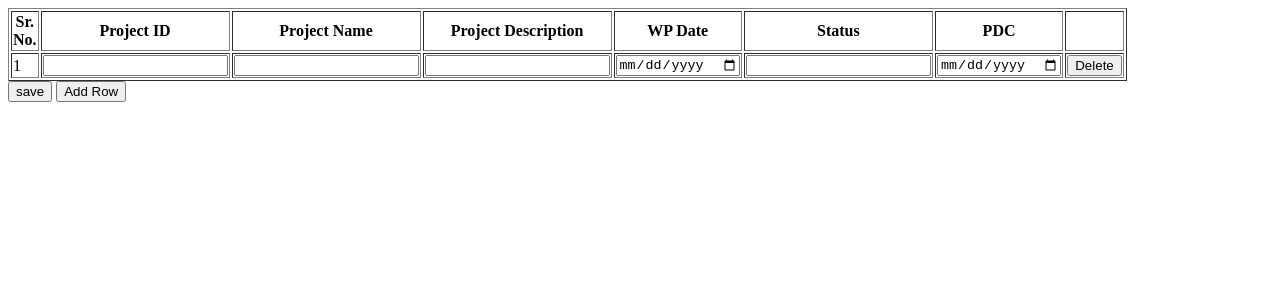
Repository: AdarshK062/BasicServlet
Page: http://localhost/Project1/index2.jsp
These files come from the project's save history. The page is drawn as it stood at one moment and after the next save; the edit follows.
The browser window is 1280 px wide. The pictures show the whole page.
The page is served by Tomcat 9.

Above is the page before, as saved 2021-03-29 18:26:15.

After the next save:
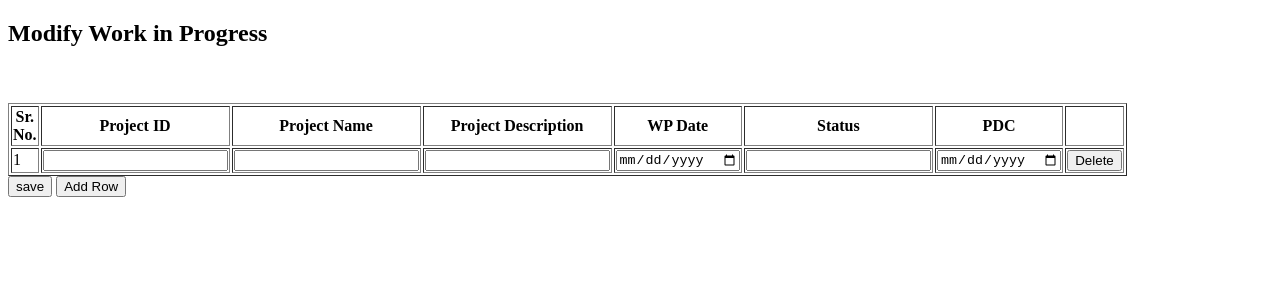
Saved 15 s later.
--- a/Project1/WebContent/index2.jsp
+++ b/Project1/WebContent/index2.jsp
@@ -92,6 +92,9 @@ DBConnect db=(DBConnect)s.getAttribute("db");
         }
     }
 </SCRIPT>
+<h2>Modify Work in Progress</h2>
+<br>
+<br>
 	<form action="SaveServlet" method="post">
 		<TABLE id="dataTable" border="1">
 			<TR>
